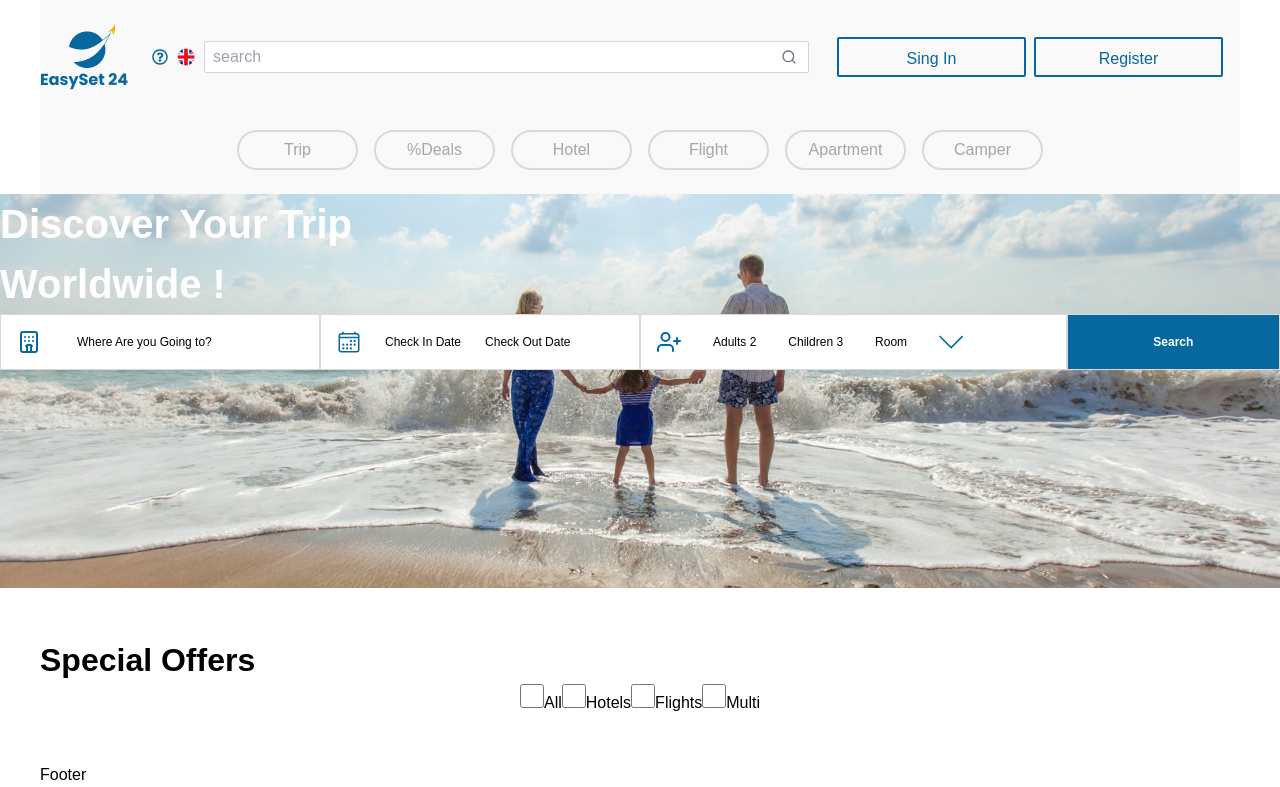
Repository: Quynhhuong150322/DIKO_STUDY_TRAVEL_WEB
Page: /
An editor plug-in stored every save of this project. The page is shown before and after the next save, followed by the edit.
The browser window is 1280 px wide. The pictures show the whole page.
The project was rebuilt for these pictures with package versions that can differ from the ones it lists, and the page was loaded fresh each time. Also part of the build but not shown: src/components/Login.js, src/components/Register.js. Imported but missing from the stored project, and not drawn on this page: src/redux/slices/authSlice.

Above is the page before, as saved 2024-02-23 10:12:18.

### src/index.css
@tailwind base;
@tailwind components;
@tailwind utilities;

@import url("https://fonts.googleapis.com/css2?family=Poppins:wght@100;300;400;500;600&display=swap");

@layer base {
  html {
    font-family: "Poppins", sans-serif;
  }
  * {
    margin: 0;
    padding: 0;
    box-sizing: border-box;
    scroll-behavior: smooth;
    /* background-color: #F9F9F9; */
  }
}

@layer components {
  .max-container {
    max-width: 1260px;
    /* min-height: 100vh; */
    margin: 0 auto;
    padding: 0 30px;
    /* display: flex; */
    /* flex-direction: column; */
    justify-content: space-between;
  }
  .button {
    width: 189px;
    height: 40px;
    border-style: solid;
    border-width: 2px;
    border-color: #07689F;
    color: #07689F;
  }
  .tabMenu {
    width: 121px;
    height: 40px;
    color: #D9D9D9;
    border-style: solid;
    border-width: 2px;
    border-color: #D9D9D9;
    color: #D9D9D9;
    border-radius: 9999px;
  }
  .tabSearch {
    /* max-width: 1190px; */
    height: 56px;
    border-style: solid;
    border-width: 1px;
    border-color: #D9D9D9;
    padding: 0 16px;
    font-size: 12px;
  }

}

### src/App.js
import React from "react";
import Navbar from "./components/Navbar";
import Footer from "./components/Footer";
import AppRoutes from "./routes/AppRoutes";
import { BrowserRouter as Router } from "react-router-dom";

const App = () => {
  return (
    <Router>
      <div className="">
        <div className="max-container">
          <Navbar />
        </div>
        <div>
          <AppRoutes />
        </div>
        <div className="max-container">
          <Footer />
        </div>
      </div>
    </Router>
  );
};

export default App;

### src/redux/store.js
import { configureStore } from "@reduxjs/toolkit";
import authReducer from "./slices/authSlice";

export const store = configureStore({
  reducer: {
    users: authReducer,
  },
});

### src/components/Navbar.js
import React from 'react'
import Logo from '../assets/images/Header/Logo.png'
import EL from '../assets/images/Header/England.png'
import { FaRegQuestionCircle } from "react-icons/fa";
import { LuSearch } from "react-icons/lu";

const MenuData = [
    {
        id: 1,
        name: 'Trip',
    },
    {
        id: 2,
        name: '%Deals',
    },
    {
        id: 3,
        name: 'Hotel',
    },
    {
        id: 4,
        name: 'Flight',
    },
    {
        id: 5,
        name: 'Apartment',
    },
    {
        id: 6,
        name: 'Camper',
    },
]

const Navbar = () => {
    return (
        <div className='bg-neutral py-[24px]'>
            <div className="flex flex-col gap-10">
                {/* Header Section  */}
                <div className='flex gap-2 items-center'>
                    <img src={Logo} alt="" />
                    <div className='flex gap-7 items-center'>
                        <div className="flex gap-1 items-center">
                            <FaRegQuestionCircle className='text-primary' />
                            <img src={EL} alt="" className='w-7 h-7' />
                            {/* Search  */}
                            <div className="relative flex items-center">
                                <input
                                    type="text"
                                    placeholder="search"
                                    className="w-[605px] h-[32px] rounded-sm border border-gray-300 px-2 py-1 focus:outline-none focus:border-1 focus:border-primary"
                                />
                                <LuSearch className="text-gray-500 group-hover:text-primary absolute top-1/2 -translate-y-1/2 right-3 cursor-pointer" />
                            </div>
                        </div>
                        <div className='flex gap-2 items-center'>
                            <button className='button border-primary bg-neutral hover:scale-105 py-2 px-4 rounded-sm'>
                                Sing In
                            </button>
                            <button className='button border-primary bg-neutral hover:scale-105 py-2 px-4 rounded-sm'>
                                Register
                            </button>
                        </div>
                    </div>
                    <div>
                    </div>
                </div>
                {/* Upper Nav  */}
                <div className=''>
                    <div className=' '>
                        <ul className='flex justify-center gap-4'>
                            {
                                MenuData.map((data) => (
                                    <button key={data.id} className='text-pri tabMenu focus:bg-primary focus:text-white focus:font-bold focus:border-primary inline-block hover:text-primary' >
                                        {data.name}
                                    </button>
                                ))
                            }
                        </ul>
                    </div>
                </div>
            </div>
        </div>
    )
}

export default Navbar

### src/routes/AppRoutes.js
import React from "react";
import { Switch, Route } from "react-router-dom";
import Login from "../components/Login";
import Register from "../components/Register";
import Langding from "../pages/LangdingPage/Langding";
const AppRoutes = () => {
  return (
    <div>
      <Switch>
        <Route path="/login">
          <Login />
        </Route>
        <Route path="/register">
          <Register />
        </Route>
        <Route path="/" exact>
          <Langding />
        </Route>
        <Route path="*">
          <div className="">404 not Error...</div>
        </Route>
      </Switch>
    </div>
  );
};

export default AppRoutes;

### src/pages/LangdingPage/Langding.js
import React from 'react'
import Picture from '../../assets/images/LangdingPage/Picture.png'
import { LuHotel } from "react-icons/lu";
import { IoCalendarOutline } from "react-icons/io5";
import { SlArrowDown } from "react-icons/sl";
import { FiUserPlus } from "react-icons/fi";

const BannerImg = {
  backgroundImage: `url(${Picture})`,
  backgroundPosition: "center",
  backgroundRepeat: "no-repeat",
  backgroundSize: "cover",
  height: "394px",
  width: "100%",
};
const ListMenu = [
  {
    id: 1,
    name: "All",
  },
  {
    id: 2,
    name: "Hotels",
  },
  {
    id: 3,
    name: "Flights",
  },
  {
    id: 4,
    name: "Multi",
  }
]


const Langding = () => {
  return (
    <div >
      {/* Discover Trip  */}
      <div className=' background ' style={BannerImg}>
        <div className=' '>
          <h1 className='text-3xl w-1/3 font-bold text-white bg-opacity-0'>
            Discover Your Trip Worldwide !
          </h1>
          <div class="flex flex-row  bg-white">
            <div class="basis-1/4 tabSearch flex gap-9 items-center">
              <LuHotel className='text-primary' size={24} />
              <p className=''>
                Where Are you Going to?
              </p>
            </div>
            <div class="basis-1/4 tabSearch flex gap-6 items-center">
              <IoCalendarOutline size={24} className='text-primary' />
              <p className=''>
                Check In Date
              </p>
              <p className=''>
                Check Out Date
              </p>
            </div>
            <div class="basis-1/3 tabSearch flex gap-8 items-center">
              <FiUserPlus size={24} className='text-primary' />
              <p className=''>
                Adults 2
              </p>
              <p className=''>
                Children 3
              </p>
              <p className=''>
                Room
              </p>
              <SlArrowDown size={24} className='text-primary' />
            </div>
            <div class="basis-1/6  tabSearch bg-primary flex justify-center items-center">
              <p className='font-bold text-white'>Search</p>
            </div>
          </div>
        </div>
      </div>
      {/* Special Offers */}
      <div className='max-container py-12'>
        <div className=''>
          <h2 className='text-2xl font-bold'>Special Offers</h2>
          <div className='flex  justify-center items-center'>
            <div className=''>
              {
                ListMenu.map((data) => (
                  <><input
                    type="checkbox"
                    className="w-[24px] h-[24px] border border-gray-300 px-2 py-1 focus:outline-none focus:border-1 focus:border-primary" />
                    <label for="checkbox" className='text-base'>{data.name}</label>
                  </>
                ))
              }

            </div>
          </div>
        </div>
      </div>
    </div >
  )
}

export default Langding

### tailwind.config.js
/** @type {import('tailwindcss').Config} */
module.exports = {
  content: ["./src/**/*.{js,jsx,ts,tsx}"],
  theme: {
    extend: {
      colors: {
        primary: "#07689F",
        secondary: "#D9D9D9",
        neutral: "#F9F9F9",
        pri: "#A6A6A6",
      },
      fontSize: {
        sm: '12px',
        base: '16px',
        xl: '20px',
        '2xl': '32px',
        '3xl': '40px',
        '4xl': '44px',
        // '5xl': '3.052rem',
      },
    },
  },
  plugins: [],
};

Loaded but not shown: public/index.html (common file); src/index.js (common file); src/reportWebVitals.js (common file); src/components/Footer.js (common file)

After the next save:
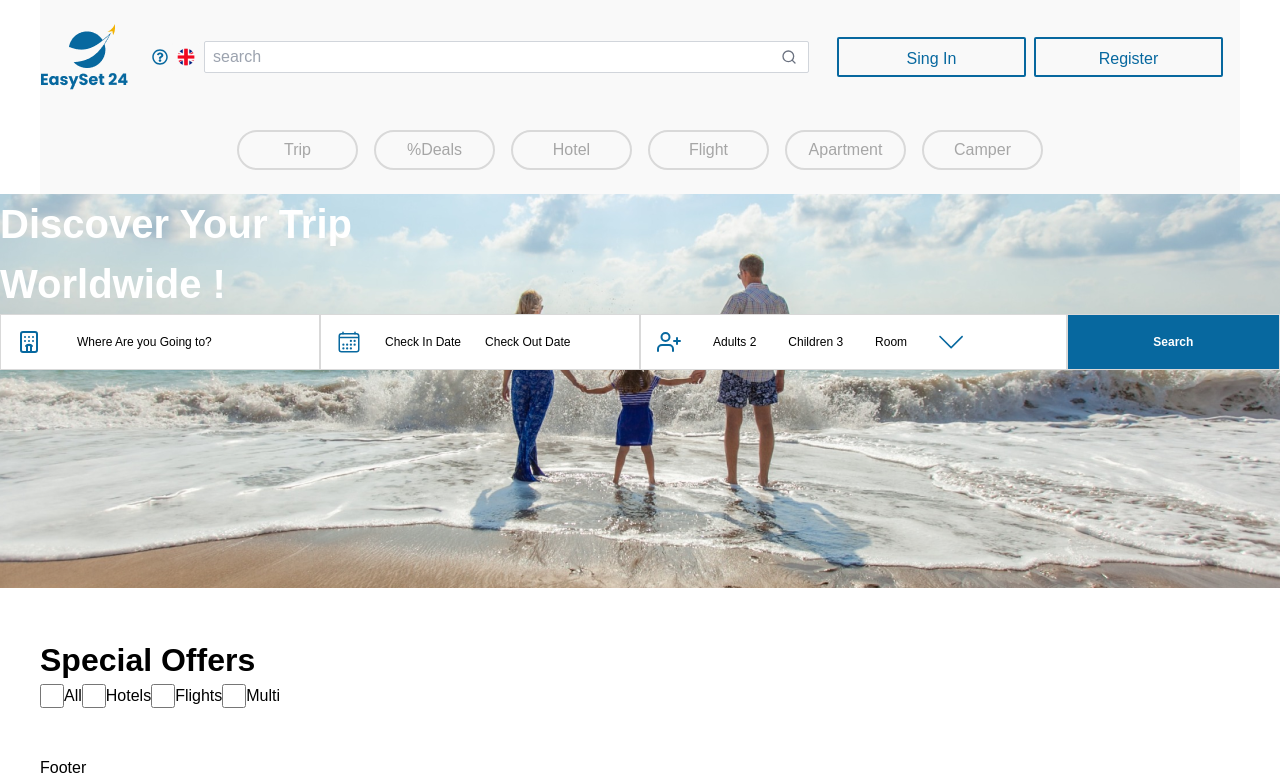
Saved 24 s later.
--- a/src/pages/LangdingPage/Langding.js
+++ b/src/pages/LangdingPage/Langding.js
@@ -81,8 +81,8 @@ const Langding = () => {
       <div className='max-container py-12'>
         <div className=''>
           <h2 className='text-2xl font-bold'>Special Offers</h2>
-          <div className='flex  justify-center items-center'>
-            <div className=''>
+          <div className='flex '>
+            <div className='flex justify-center items-center'>
               {
                 ListMenu.map((data) => (
                   <><input
